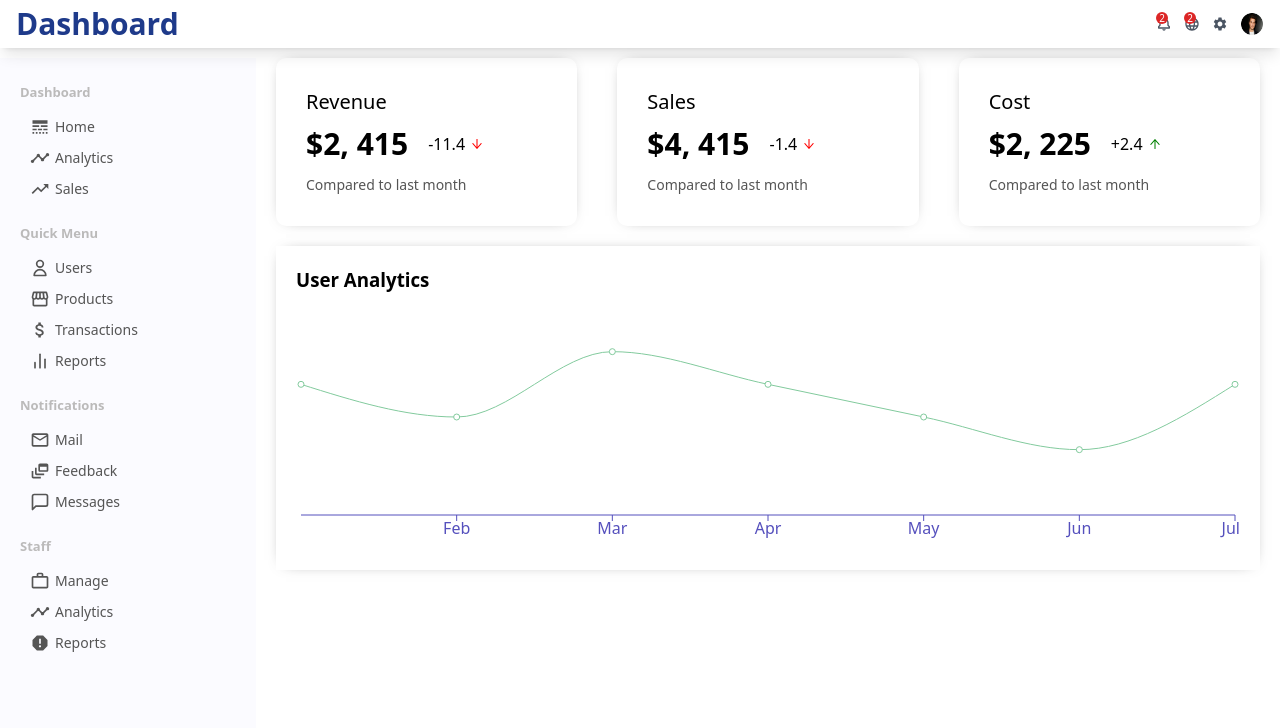
Repository: nation430/React-AdminDashboard
Page: /
An editor plug-in stored every save of this project. The page is shown before and after the next save, followed by the edit.
The browser window is 1280 px wide. The pictures show the whole page.
The project was rebuilt for these pictures with package versions that can differ from the ones it lists, and the page was loaded fresh each time.

Above is the page before, as saved 2022-08-18 16:04:46.

### public/index.html
<!DOCTYPE html>
<html lang="en">
  <head>
    <meta charset="utf-8" />
    <meta name="viewport" content="width=device-width, initial-scale=1" />
    <meta name="theme-color" content="#000000" />
    <meta
      name="description"
      content="Web site created using create-react-app"
    />
    <link rel="preconnect" href="https://fonts.googleapis.com" />
    <link rel="preconnect" href="https://fonts.gstatic.com" crossorigin />
    <link
      href="https://fonts.googleapis.com/css2?family=Source+Sans+Pro:wght@200;300;400;600;700&display=swap"
      rel="stylesheet"
    />

    <title>React Admin Dashboard</title>
  </head>
  <body>
    <noscript>You need to enable JavaScript to run this app.</noscript>
    <div id="root"></div>
  </body>
</html>

### src/index.css
@tailwind base;
h1 {
  @apply text-2xl;
}
h2 {
  @apply text-xl;
}
h3 {
  @apply text-lg;
}
@tailwind components;
@tailwind utilities;

* {
  margin: 0;
  padding:0;
  box-sizing: border-box;

}

### src/App.js
import Topbar from "./components/topbar/Topbar";
import Sidebar from "./components/sidebar/Sidebar";
import Home from "./pages/home/Home";
import "./app.css";

function App() {
  return (
    <div>
      <Topbar />
      <div className="wrapper flex h-full">
        <Sidebar />
        <Home />
      </div>
    </div>
  );
}

export default App;

### src/components/topbar/Topbar.jsx
import React from "react";
import  "./topbar.css";
import { BiBell } from 'react-icons/bi';
import { MdLanguage, MdSettings  } from "react-icons/md";


export default function Topbar () {
    return(
        <div className="topbar w-full h-12 bg-white sticky top-0 z-50 shadow-lg ">
            <div className="topbarWeapper flex items-center justify-between h-full px-4 py-0">
            <div className="topLeft">
                <span className="logo font-bold text-3xl text-blue-900 cursor-pointer ...">Dashboard</span>
            </div>
            <div className="topRight flex items-center">

                {/* First icon  */}
                <div className="topbarIconsContainer relative cursor-pointer ... ml-3 text-gray-600">
                <BiBell />
                <span className="topIconBadge absolute text-white bg-red-600 right-1 -top-1 flex items-center justify-center rounded-full text-xs h-3 w-3">2</span>
                </div>

                   {/*second icon  */}
                <div className="topbarIconsContainer relative cursor-pointer ... ml-3 text-gray-600">
                <MdLanguage />
                <span className="topIconBadge absolute text-white bg-red-600 right-1 -top-1 flex items-center justify-center rounded-full text-xs h-3 w-3">2</span>
                </div>


                    {/*third icon  */}
                <div className="topbarIconsContainer relative cursor-pointer ... mx-3 text-gray-600">
                < MdSettings  />
                </div>

                <img src="images/img.png" alt="BigCo Inc. logo"  className="topAvater w-6 h-6 rounded-full cursor-pointer ..."/>

            </div>
            </div>
        </div>
    )

}

### src/components/sidebar/Sidebar.jsx
import "./sidebar.css";
import { MdLineStyle, MdOutlineTimeline, MdTrendingUp, MdStorefront, MdAttachMoney, MdOutlineMail, MdDynamicFeed, MdWorkOutline, MdReport} from "react-icons/md";
import { HiOutlineUser} from "react-icons/hi";
import { FiBarChart2, FiMessageSquare} from "react-icons/fi";

export default function sidebar(){
    return(
        <div className="sidebar sticky">
        <div className="sidebarWrapper p-5">
            {/* first sidenavbar */}
            <div className="sidebarMenu mb-2.5">
                <h3 className="sidebarTitle">Dashboard</h3>
                <ul className="sidebarList px-4 py-0">
                    <li className="sidebarListItems flex items-center">
                    <MdLineStyle className="sidebarIcon"/>
                    Home
                    </li>

                    <li className="sidebarListItems flex items-center">
                    <MdOutlineTimeline className="sidebarIcon" />
                    Analytics
                    </li>


                    <li className="sidebarListItems flex items-center">
                    <MdTrendingUp className="sidebarIcon" />
                   Sales
                    </li>
                </ul>
            </div>

            {/* second sidenavbar */}
            <div className="sidebarMenu mb-2.5">
                <h3 className="sidebarTitle">Quick Menu</h3>
                <ul className="sidebarList px-4 py-1">
                    <li className="sidebarListItems flex items-center">
                    <HiOutlineUser className="sidebarIcon" />
                    Users
                    </li>

                    <li className="sidebarListItems flex  items-center" >
                    <MdStorefront className="sidebarIcon" />
                    Products
                    </li>

                    <li className="sidebarListItems flex items-center">
                    <MdAttachMoney className="sidebarIcon" />
                   Transactions
                    </li>


                    <li className="sidebarListItems flex items-center">
                    <FiBarChart2 className="sidebarIcon" />
                   Reports
                    </li>
                </ul>
            </div>

                {/* third sidenavbar */}
                <div className="sidebarMenu mb-2.5">
                <h3 className="sidebarTitle">Notifications</h3>
                <ul className="sidebarList px-4 py-1">
                    <li className="sidebarListItems flex items-center">
                    <MdOutlineMail className="sidebarIcon" />
                    Mail
                    </li>

                    <li className="sidebarListItems flex  items-center" >
                    <MdDynamicFeed className="sidebarIcon" />
                    Feedback
                    </li>

                    <li className="sidebarListItems flex items-center">
                    <FiMessageSquare className="sidebarIcon" />
                   Messages
                    </li>
                </ul>
            </div>

                {/* fourth sidenavbar */}
                <div className="sidebarMenu mb-2.5">
                <h3 className="sidebarTitle">Staff</h3>
                <ul className="sidebarList px-4 py-1">
                    <li className="sidebarListItems flex items-center">
                    <MdWorkOutline className="sidebarIcon" />
                    Manage
                    </li>

                    <li className="sidebarListItems flex  items-center" >
                    <MdOutlineTimeline className="sidebarIcon" />
                    Analytics
                    </li>

                    <li className="sidebarListItems flex items-center">
                    <MdReport className="sidebarIcon" />
                   Reports
                    </li>
                </ul>
            </div>
        </div>
        </div>
    )
}

### src/pages/home/Home.jsx
import "./home.css"
import FeaturedInfo from "../../featuredInfo/featuredInfo"
import Chart from "../../chart/Chart"

export default function Home(){
    return (
        <div className="home">
            <FeaturedInfo/>
            <Chart/>
        </div>
    )
}

### src/app.css

* {
    margin: 0;
    padding:0;
    box-sizing: border-box;

}


h1{
    font-size: 2em ;
    font-weight: bolder;
}

h2{
    font-size: 1.5em ;
    font-weight: bolder;
}

h3{
    font-size: 1.17em ;
    font-weight: bolder;
}

.wrapper{
    margin-top:10px;
}

### src/components/topbar/topbar.css
.text-xs{
    font-size: 10px;
  }

### src/components/sidebar/sidebar.css
.sidebar{
    flex: 1;
    height: calc(100vh - 50px);
    top:50px;
    background:rgb(251, 251, 255);
}

.sidebarWrapper{
    color: #555;
}

.sidebarTitle{
    font-size: 13px;
    color:rgb(187, 186, 186);
}

.sidebarList{
    padding:5px;
    font-size: 14px;;
}


.sidebarListItems {
    padding:5px;
    cursor: pointer;
    border-radius: 10px;
}

.sidebarListItems.active,
.sidebarListItems:hover{
    background:rgb(228, 228, 250);
}

.sidebarIcon{
    margin-right:5px;
    font-size:20px;
}

### src/pages/home/home.css
.home {
    flex:4;

}

### src/featuredInfo/featuredInfo.jsx
import "./featuredInfo.css"
import { AiOutlineArrowDown, AiOutlineArrowUp} from "react-icons/ai";

export default function fearturedInfo(){
    return (
        <div className="featured w-full flex justify-between">
            {/* first feature */}
            <div className="featuredItem">
                <span className="featuredTitle text-xl">Revenue</span>
                <div className="featuredMoneyContainer flex ">
                    <span className="featuredMoney font-semibold text-3xl">$2, 415</span>
                    <span className="featuredMonetRate flex items-center">-11.4
                    <AiOutlineArrowDown className="featuredIcon negative"/>
                    </span>
                </div>
                <span className="featuredSub">Compared to last month</span>
            </div>

            {/* second feature */}
              <div className="featuredItem">
                <span className="featuredTitle text-xl">Sales</span>
                <div className="featuredMoneyContainer flex">
                    <span className="featuredMoney font-semibold text-3xl">$4, 415</span>
                    <span className="featuredMonetRate flex items-center">-1.4
                    <AiOutlineArrowDown className="featuredIcon negative"/>
                    </span>
                </div>
                <span className="featuredSub">Compared to last month</span>
            </div>

            {/* third feature */}
            <div className="featuredItem">
                <span className="featuredTitle text-xl">Cost</span>
                <div className="featuredMoneyContainer flex">
                    <span className="featuredMoney font-semibold text-3xl">$2, 225</span>
                    <span className="featuredMonetRate flex items-center">+2.4
                    <AiOutlineArrowUp className="featuredIcon"/>
                    </span>
                </div>
                <span className="featuredSub">Compared to last month</span>
            </div>
        </div>
    )
}

### src/chart/Chart.jsx
import "./chart.css"
import { LineChart, Line, XAxis, YAxis, CartesianGrid, Tooltip, Legend, ResponsiveContainer } from 'recharts';

export default function Chart(){

    const data = [
        {
          name: 'Jan',
          "Active User": 4000,

        },
        {
          name: 'Feb',
          "Active User": 3000,
        },
        {
          name: 'Mar',
          "Active User": 5000,
        },
        {
          name: 'Apr',
          "Active User": 4000,
        },
        {
          name: 'May',
          "Active User": 3000,
        },
        {
          name: 'Jun',
          "Active User": 2000,
        },
        {
          name: 'Jul',
          "Active User": 4000,
        },
      ];



    return(
        <div className="chart p-5 m-5">
            <h3 className="chartfile mb-5">User Analytics</h3>
            <ResponsiveContainer width="100%" aspect={4 / 1}>
        <LineChart data={data}>
          <XAxis dataKey="name" stroke="#5550bd" />
          <Line type="monotone" dataKey="Active User" stroke="#82ca9d" />
        </LineChart>
      </ResponsiveContainer>
        </div>
    )
}

### src/featuredInfo/featuredInfo.css
.featuredItem{
    flex: 1;
    margin:0px 20px;
    padding:30px;
    border-radius: 10px;
    cursor: pointer;
    box-shadow: 0px 0px 15px -10px rgba(0,0,0,0.75);
-webkit-box-shadow:0px 0px 15px -10px rgba(0,0,0,0.75);
-moz-box-shadow: 0px 0px 15px -10px rgba(0,0,0,0.75);
}

.featuredMoneyContainer{
    margin:10px 0px;
}

.featuredMonetRate{
    margin-left: 20px;

}

.featuredIcon{
    font-size: 14px;
    margin-left:5px;
    color:green;
}

.featuredIcon.negative{
    color:red;
}


.featuredSub{
    font-size: 14px;
    color:#555;
}

### src/chart/chart.css
.chart{
    box-shadow: 0px 0px 15px -10px rgba(0,0,0,0.75);
    -webkit-box-shadow:0px 0px 15px -10px rgba(0,0,0,0.75);
    -moz-box-shadow: 0px 0px 15px -10px rgba(0,0,0,0.75);
}

Loaded but not shown: src/index.js (common file); tailwind.config.js (common file)

After the next save:
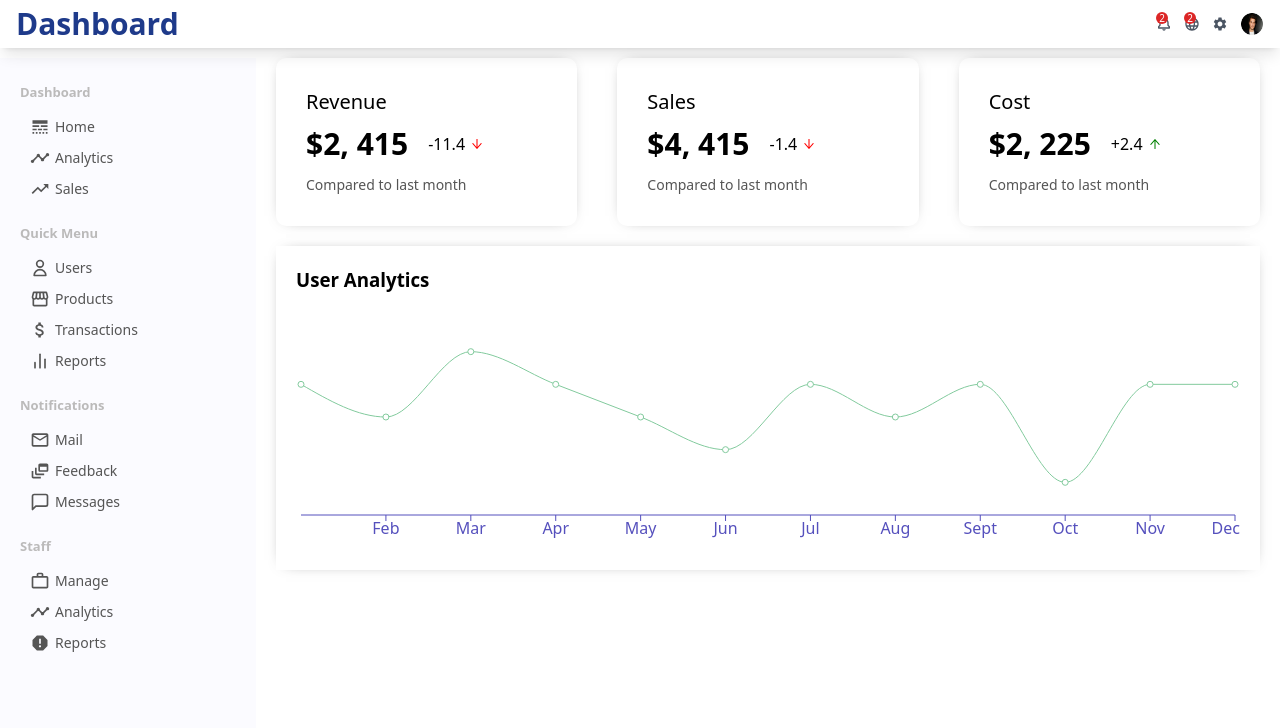
Saved 85 s later.
--- a/src/chart/Chart.jsx
+++ b/src/chart/Chart.jsx
@@ -33,6 +33,26 @@ export default function Chart(){
           name: 'Jul',
           "Active User": 4000,
         },
+        {
+            name: 'Aug',
+            "Active User": 3000,
+          },
+          {
+            name: 'Sept',
+            "Active User": 4000,
+          },
+          {
+            name: 'Oct',
+            "Active User": 1000,
+          },
+          {
+            name: 'Nov',
+            "Active User": 4000,
+          },
+          {
+            name: 'Dec',
+            "Active User": 4000,
+          },
       ];
 
 
